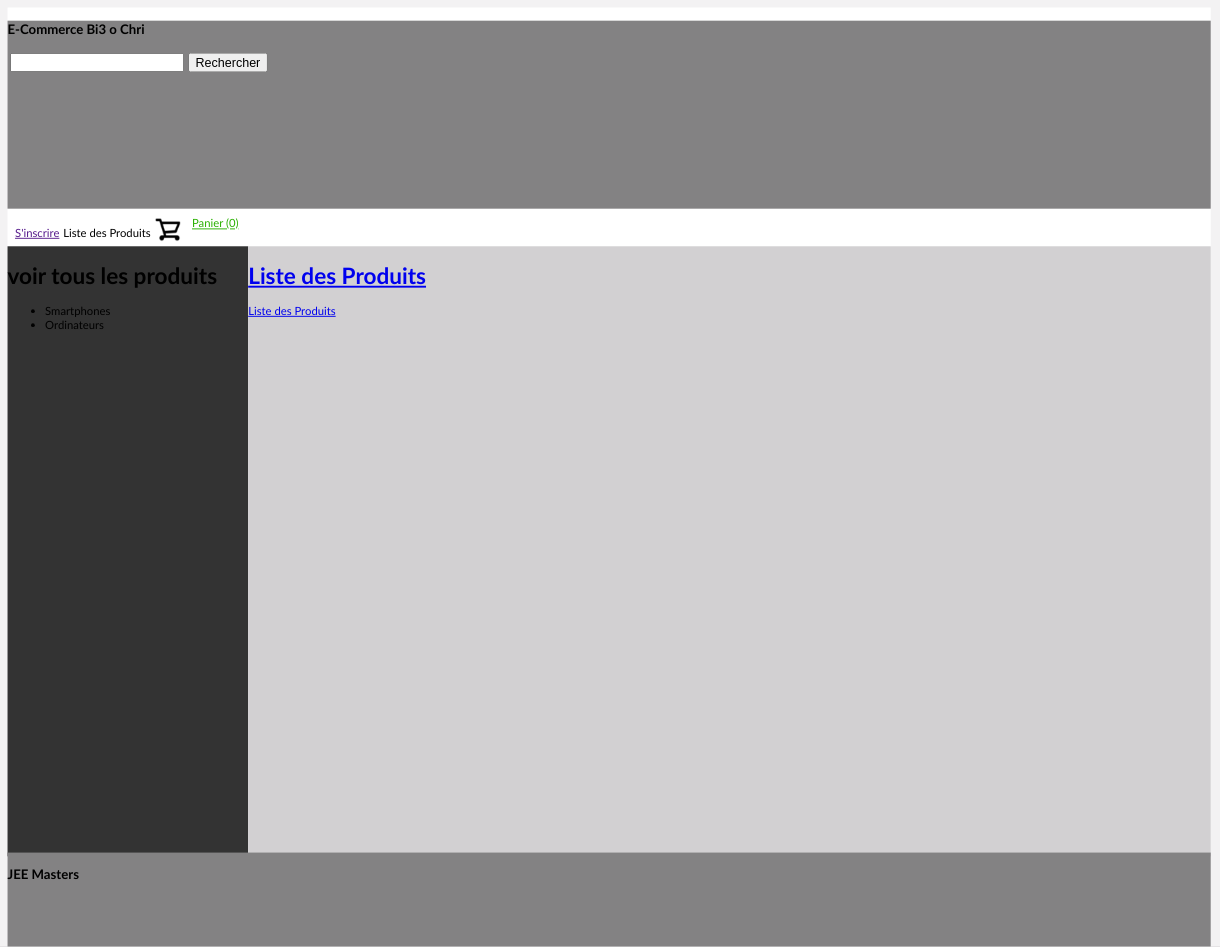
Repository: EBusinesss/Ebusiness
Page: http://localhost/EcomWEB/
The author's editor kept a copy of each file at every save. The page is drawn from the files as they stood at one save, then again after the next save.
The browser window is 1280 px wide. The page is 1298 px wide, so the pictures cover 1298 px, including what lies to the right of the window. The pictures show the whole page, at 94% of full size.
The page is served by Tomcat 9. Nobody is signed in. The application's start-up code is not run. Other server files are loaded and not shown.

Above is the page before, as saved 2014-12-25 14:58:04.

### Workspace/EcomWEB/WebContent/index.jsp
<%@ page language="java" contentType="text/html; charset=ISO-8859-1" pageEncoding="ISO-8859-1"%>


<!DOCTYPE html PUBLIC "-//W3C//DTD HTML 4.01 Transitional//EN" "http://www.w3.org/TR/html4/loose.dtd">
<html>
<head>
<script Src="./functions/functions.js" Language="javascript" type="text/javascript"></script>
<link rel="stylesheet" type="text/css" href="./style/style.css" />
<meta http-equiv="Content-Type" content="text/html; charset=ISO-8859-1">
<title>Insert title here</title>
</head>
<body>


<div id="wrapper">

	<div id="header">
	<h3>E-Commerce Bi3 o Chri</h3>

			<table>
			<tr>
				<td><input type="text" id="nomProduitRecherche" width="25" onkeydown="if (event.keyCode==13) document.getElementById('btnSearch').click()" ></td>
				<td align="right" colspan="3">
				<button onclick="Rechercher()" type="button" id="btnSearch">Rechercher</button></td>
			</tr>
			</table>

	</div>

	<div id="navigation">

			<table>
			<tr>
				<td> <a href=""> S'inscrire</a> </td>

				<td> <a onclick="listOfProducts()"> Liste des Produits </a> </td>

				<td>
					<div class="Basket">
							<div class="icn-Basket"></div>
							<a href="" class="HeaderLink" target="_top">
									<span class="bigger">Panier (0)</span>
							</a>
					</div>
				</td>

			</tr>
			</table>


	</div>

	<div id="menuLateral">
	<h1> <a> voir tous les produits </a> </h1>

	<ul>
		<li> Smartphones</li>
		<li> Ordinateurs</li>
	</ul>
	</div>

	<div id="content">
	<h1><a href="http://localhost:8080/EcomWEB/ListProductServlet">Liste des Produits </a><br></h1>

	<a href="http://localhost:8080/EcomWEB/ListProductServlet">Liste des Produits </a>
	</div>

	<div id="footer">
		<h3>JEE Masters</h3>
	</div>

</div>
</body>
</html>

### Workspace/EcomWEB/WebContent/functions/functions.js
function listOfProducts()
{
var xmlhttp;
if (window.XMLHttpRequest)
  {// code for IE7+, Firefox, Chrome, Opera, Safari
  xmlhttp=new XMLHttpRequest();
  }
else
  {// code for IE6, IE5
  xmlhttp=new ActiveXObject("Microsoft.XMLHTTP");
  }
xmlhttp.onreadystatechange=function()
  {
  if (xmlhttp.readyState==4 && xmlhttp.status==200)
    {
    document.getElementById("content").innerHTML = xmlhttp.responseText;
    }
  };
xmlhttp.open("GET","ProductServlet",true);
xmlhttp.send();
}


function Rechercher()
{
var xmlhttp;
var val = document.getElementById('nomProduitRecherche').value;

if (window.XMLHttpRequest)
  {// code for IE7+, Firefox, Chrome, Opera, Safari
  xmlhttp=new XMLHttpRequest();
  }
else
  {// code for IE6, IE5
  xmlhttp=new ActiveXObject("Microsoft.XMLHTTP");
  }
xmlhttp.onreadystatechange=function()
  {
  if (xmlhttp.readyState==4 && xmlhttp.status==200)
    {
    document.getElementById("content").innerHTML = xmlhttp.responseText;
    }
  };
xmlhttp.open("GET","RechercherProductServlet?val="+val,true);
xmlhttp.send();
}

### Workspace/EcomWEB/WebContent/style/style.css
@CHARSET "ISO-8859-1";

body{
	background: #f3f2f3;
	color: #000000;
	font-family: Trebuchet MS, Arial, Times New Roman;
	font-size: 12px;
}


#wrapper {
	background: #FFFFFF;
	width: 100%;
	height: 999px;
	position: absolute;
}

#header{
	background: #838283;
	width: 100%;
	height: 20%;
}

#navigation{
	padding: 5px;
	width: 100%;
	height: 3%;
}

.tableNavig{
	font-size: 20px;
	padding-right: 15px;
	float: right;
}

.Basket {
	float: right;
}

.Basket>div {
	width:40px;
	height:36px;
	background: url(../images/basket.png);
    background-size: 30px 30px;
    background-repeat: no-repeat;
    float: left;
}

.Basket>a {
	color: #29b001;
}

#menuLateral{
	background: #333333;
	float: left;
	width: 20%;
	height: 65%;
}


#content {
	background: #d2d0d2;
	float: right;
	width: 80%;
	height: 65%;
}

#footer {
	background: #838283;
	width: 100%;
	height: 10%;
	position: absolute;
	bottom: 0px;
}

a{
	cursor: pointer;
}

After the next save:
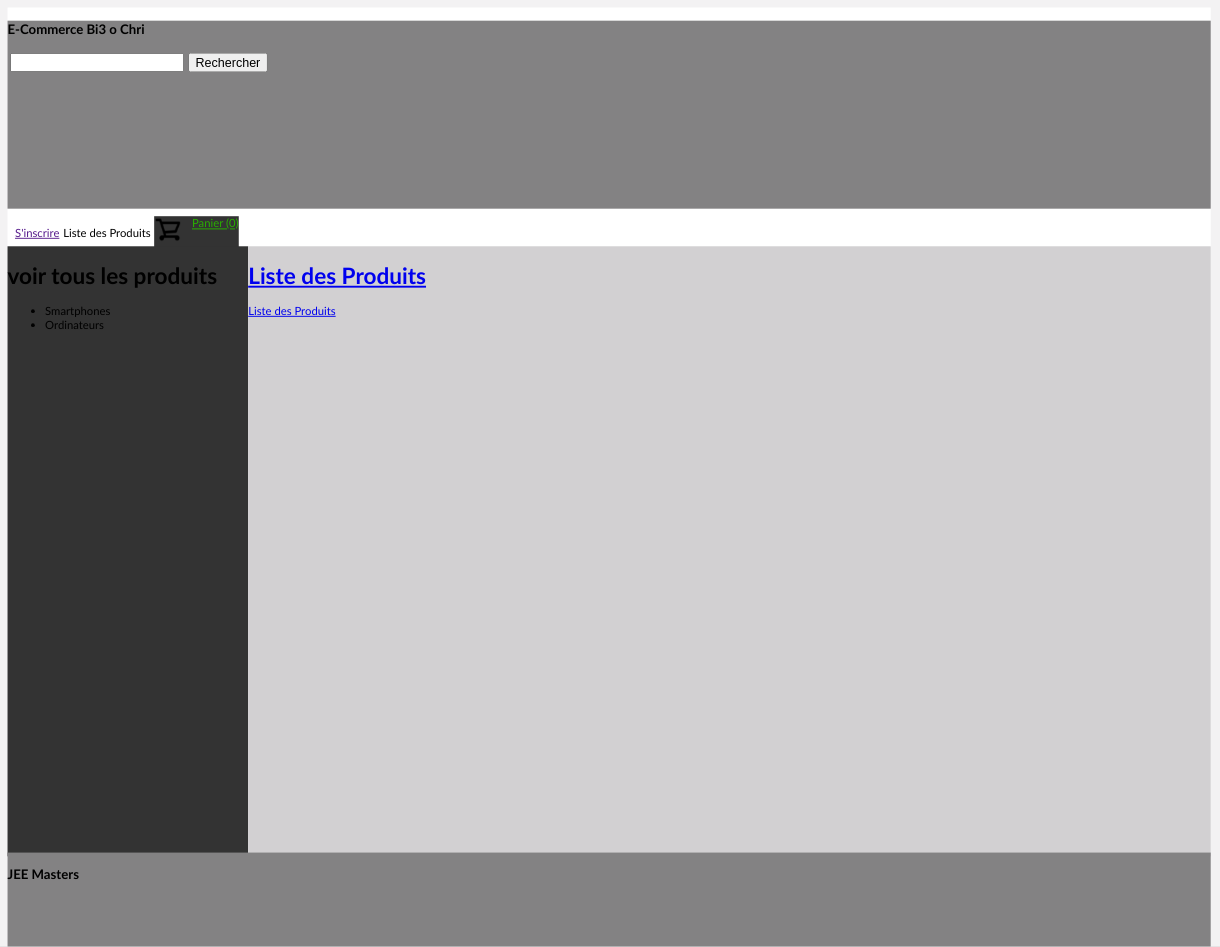
Saved 11 s later.
--- a/Workspace/EcomWEB/WebContent/style/style.css
+++ b/Workspace/EcomWEB/WebContent/style/style.css
@@ -34,6 +34,7 @@ body{
 }
 
 .Basket {
+	background: #333333;
 	float: right;
 }
 
